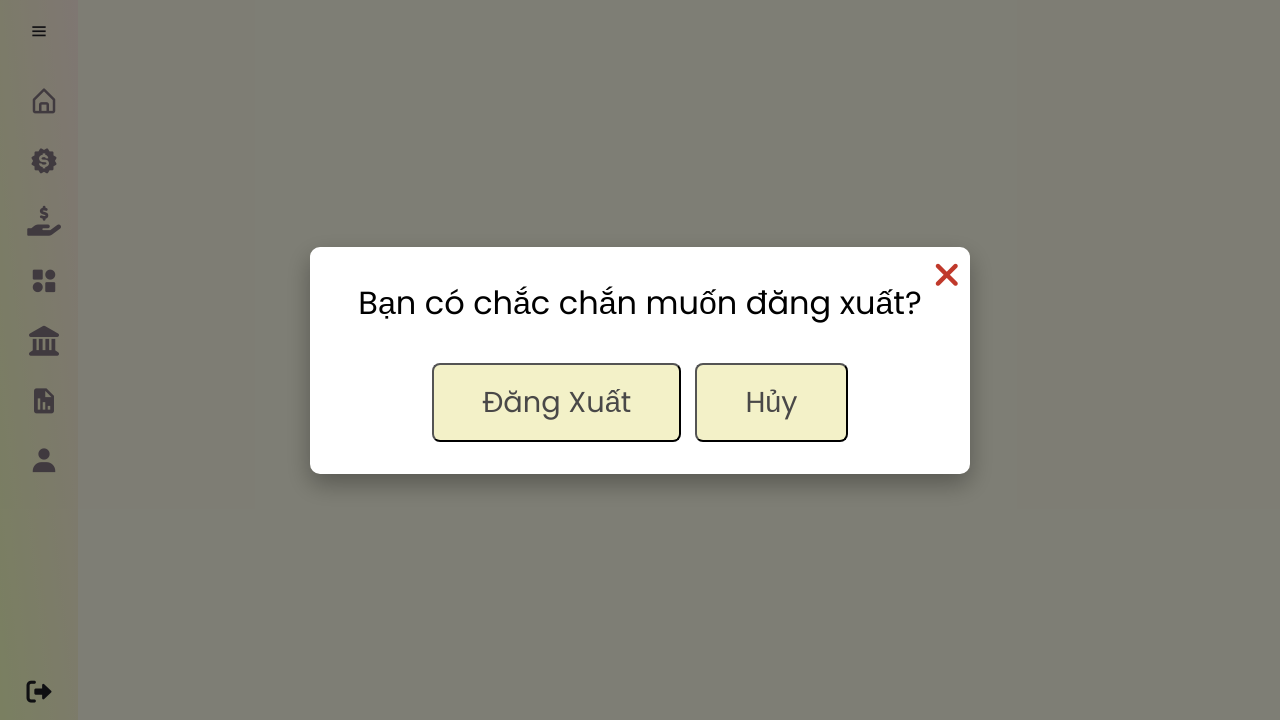
Repository: Dien973/expense_manager
Page: http://localhost/expense_manager/user_page/home.php
The author's editor kept a copy of each file at every save. The page is drawn from the files as they stood at one save, then again after the next save.
The browser window is 1280 px wide. The pictures show the whole page.
After loading, the first visible `#logoutBtn` was clicked once.
The page is run by PHP 8.4 with error messages shown; the project is at /var/www/html/.

Above is the page before, as saved 2025-12-06 14:19:18.

### user_page/home.php
<?php

@include '../config.php';
session_start();
?>

<!DOCTYPE html>
<html lang="en">
<head>
    <meta charset="UTF-8">
   <meta http-equiv="X-UA-Compatible" content="IE=edge">
   <meta name="viewport" content="width=device-width, initial-scale=1.0">
   <title>Trang Chủ</title>

   <!-- font awesome cdn link  -->
   <link rel="stylesheet" href="https://cdnjs.cloudflare.com/ajax/libs/font-awesome/6.0.0/css/all.min.css">
   <link href='https://unpkg.com/boxicons@2.0.9/css/boxicons.min.css' rel='stylesheet'>

   <!-- custom css file link  -->
   <link rel="stylesheet" href="../css/main.css">
   <link rel="stylesheet" href="../css/sidebar.css">
</head>
<body>
    <?php @include 'sidebar.php'; ?>

</body>
</html>

### config.php
<?php
// Kết nối đến cơ sở dữ liệu MySQL
$servername = "localhost";
$username = "root";
$password = "";
$dbname = "qly_chi_tieu";

// Tạo kết nối
$conn = mysqli_connect($servername, $username, $password, $dbname);

// Kiểm tra kết nối
if (!$conn) {
    die("Connection failed: " . mysqli_connect_error());
}
?>

### user_page/sidebar.php
<header class="header">
    <div class="sidebar">
        <div class="logo-content">
            <div class="logo">
                <i class='bx bx-dollar-circle'></i>
                <div class="logo-name">Monee</div>
            </div>
            <i class="bx bx-menu" id="btn"></i>
        </div>
        <ul class="nav-list">
            <li>
                <a href="home.php">
                    <i class="bx bx-home-alt"></i>
                    <span class="links-name">Trang Chủ</span>
                </a>
                    <span class="tooltip">Trang Chủ</span>
            </li>
            <li>
                <a href="income.php">
                    <i class='bx bxs-badge-dollar' ></i>
                    <span class="links-name">Thu Nhập</span>
                </a>
                    <span class="tooltip">Thu Nhập</span>
            </li>
            <li>
                <a href="expense.php">
                    <i class="fa-solid fa-hand-holding-dollar"></i>
                    <span class="links-name">Chi Tiêu</span>
                </a>
                    <span class="tooltip">Chi Tiêu</span>
            </li>
            <li>
                <a href="category.php">
                    <i class='bx bxs-category-alt' ></i>
                    <span class="links-name">Doanh Mục</span>
                </a>
                    <span class="tooltip">Doanh Mục</span>
            </li>
            <li>
                <a href="budget.php">
                    <i class="fa-solid fa-landmark"></i>
                    <span class="links-name">Ngân Sách</span>
                </a>
                    <span class="tooltip">Ngân Sách</span>
            </li>
            <li>
                <a href="report.php">
                    <i class='bx bxs-report' ></i>
                    <span class="links-name">Báo Cáo</span>
                </a>
                    <span class="tooltip">Báo Cáo</span>
            </li>
            <li>
                <a href="account.php">
                    <i class='bx bxs-user' ></i>
                    <span class="links-name">Tài Khoản</span>
                </a>
                    <span class="tooltip">Tài Khoản</span>
            </li>
        </ul>

        <div class="logout-item">
            <a href="../account/logout.php" id="logoutBtn">
                <div class="logout">
                    <div class="logout-name">Đăng Xuất</div>
                </div>
                <i class="fa-solid fa-right-from-bracket"></i>
            </a>
    </div>

    </div>


<div id="logoutPopup" class="message-overlay" style="display:none;">
    <div class="message-box">
        <i id="closeLogout" class="fa-solid fa-xmark"></i>
        <span>Bạn có chắc chắn muốn đăng xuất?</span>

        <div style="margin-top: 20px;">
            <button id="confirmLogout" class="btn" style="margin-right:10px;">Đăng xuất</button>
            <button id="cancelLogout" class="btn">Hủy</button>
        </div>
    </div>
</div>

    <script>
        let btn = document.querySelector("#btn");
        let sidebar = document.querySelector(".sidebar");

        btn.onclick = function(){
            sidebar.classList.toggle("active");
        }

        document.getElementById("logoutBtn").addEventListener("click", function(event) {
    event.preventDefault();
    document.getElementById("logoutPopup").style.display = "flex";
});

document.getElementById("closeLogout").onclick =
document.getElementById("cancelLogout").onclick = function () {
    document.getElementById("logoutPopup").style.display = "none";
};

document.getElementById("confirmLogout").onclick = function() {
    window.location.href = "../account/logout.php";
};

    </script>
</header>

### css/main.css
body {
  background-color: rgb(253, 252, 234);
}
/*----------FORM ĐĂNG NHẬP------------*/
.form-container {
  display: flex;
  align-items: center;
  justify-content: center;
  min-height: 100vh;
}

.form-container form {
  padding: 1.5rem;
  border-radius: 0.5rem;
  border: #000 solid 2px;
  background-color: #ffffff;
  box-shadow: 0 0.5rem 1rem rgba(0, 0, 0, 0.1);
  width: 50rem;
  text-align: center;
}

.form-container form h3 {
  font-size: 2.5rem;
  text-transform: uppercase;
  color: #000;
  margin-bottom: 1rem;
}

.form-container form .box {
  width: 100%;
  padding: 1.2rem 1.4rem;
  font-size: 1.8rem;
  color: #000;
  border: #000 solid 2px;
  background-color: #fff;
  margin: 1rem 0;
  border-radius: 0.5rem;
  position: relative;
}

.form-container form i {
  color: #000;
  font-size: 2.5rem;
  margin-right: 1rem;
}

.form-container form p,
.form-container form .forgot-pwd {
  margin-top: 1.5rem;
  font-size: 2rem;
  color: #666;
}

.form-container form p a,
.form-container form .forgot-pwd a {
  color: #9e9d9d;
}

.form-container form p a:hover,
.form-container form .forgot-pwd a:hover {
  color: #567bb2;
}

/*-- forgot password --*/
.form-container form .forgot-pwd {
  margin-top: 1rem;
  margin-bottom: 1rem;
  font-size: 2rem;
}

/*--- BUTTON ---*/
.btn {
  display: inline-block;
  border-radius: 0.5rem;
  margin-top: 1rem;
  font-size: 1.8rem;
  color: #494848;
  cursor: pointer;
  padding: 1rem 3rem;
  text-transform: capitalize;
}

.btn {
  background-color: rgb(243, 241, 200);
}

.btn:hover {
  background-color: rgb(255, 252, 212);
}

/* --- EYE TRONG Ô INPUT --- */

.form-container form .inpt {
  position: relative;
  display: flex;
  align-items: center;
}

.form-container form .inpt input.box {
  width: 100%;
  padding-right: 45px;
  box-sizing: border-box;
}

.form-container form .toggle-eye,
.form-container form .eye {
  position: absolute !important;
  right: 15px !important;
  top: 50% !important;
  transform: translateY(-50%) !important;
  font-size: 42px;
  cursor: pointer;
  color: #aaa;
  z-index: 10;
}

/*---------- THÔNG BÁO------------*/
.message-overlay {
  position: fixed;
  top: 0;
  left: 0;
  width: 100%;
  height: 100%;
  background: rgba(0, 0, 0, 0.5);
  display: flex;
  justify-content: center;
  align-items: center;
  z-index: 20000;
}

/* Hộp thông báo */
.message-box {
  background: #fff;
  padding: 2rem 3rem;
  border-radius: 10px;
  text-align: center;
  min-width: 350px;
  max-width: 80%;
  box-shadow: 0 10px 25px rgba(0, 0, 0, 0.3);
  position: relative;
  animation: popupShow 0.25s ease-out;
}

/* Nội dung */
.message-box span {
  font-size: 2rem;
  color: #000;
}

/* Icon đóng */
.message-box i {
  position: absolute;
  top: 10px;
  right: 12px;
  font-size: 2.2rem;
  color: #c0392b;
  cursor: pointer;
  transition: 0.2s;
}

.message-box i:hover {
  transform: rotate(90deg);
}

/* Animation hiển thị */
@keyframes popupShow {
  from {
    opacity: 0;
    transform: scale(0.8);
  }
  to {
    opacity: 1;
    transform: scale(1);
  }
}

### css/sidebar.css
@import url("https://fonts.googleapis.com/css2?family=Poppins:wght@100;200;300;400;500;600&display=swap");
* {
  margin: 0;
  padding: 0;
  box-sizing: border-box;
  font-family: "Poppins", sans-serif;
}
body {
  position: relative;
  min-height: 100vh;
  width: 100%;
  overflow: hidden;
}
.sidebar {
  position: fixed;
  display: flex;
  flex-direction: column;
  width: 78px;
  height: 100%;
  top: 0;
  left: 0;
  background: linear-gradient(to top right, #f4ffc2, #ffefe6);
  padding: 6px 14px;
  transition: all 0.5s ease;
}

.sidebar .logo-content .logo {
  display: flex;
  align-items: center;
  height: 50px;
  width: 100%;
  color: #1f1e25;

  opacity: 0;
  pointer-events: none;
}
.logo-content .logo i {
  font-size: 28px;
  margin-right: 5px;
}
.logo-content .logo .logo-name {
  font-size: 20px;
  font-weight: 400;
}

.sidebar #btn {
  position: absolute;
  color: #1f1e25;
  left: 50%;
  top: 6px;
  font-size: 20px;
  height: 50px;
  width: 50px;
  text-align: center;
  line-height: 50px;
  transform: translateX(-50%);
}

.sidebar ul {
  margin-top: 20px;
  flex: 1;
}
.sidebar ul li {
  position: relative;
  height: 50px;
  width: 100%;
  margin: 0 5px;
  margin-bottom: 10px;
  list-style: none;
  line-height: 50px;
}
.sidebar ul li a {
  color: #81747f;
  display: flex;
  align-items: center;
  text-decoration: none;
  border-radius: 15px;
  transition: all 0.2s ease-in;
  white-space: nowrap;
}

.sidebar ul li i {
  font-size: 30px;
  height: 50px;
  min-width: 50px;
  border-radius: 12px;
  line-height: 50px;
  text-align: center;
}
.sidebar ul li a:hover {
  color: #000;
  font-weight: 600;
  background: rgba(255, 255, 255, 0.25);
}

.sidebar ul li .tooltip {
  position: absolute;
  left: 122px;
  top: 0;
  transform: translate(-50%, -50%);
  border-radius: 6px;
  height: 35px;
  width: 122px;
  background: rgba(255, 255, 255, 0.4);
  line-height: 35px;
  text-align: center;
  box-shadow: 0 5px 10px rgba(0, 0, 0, 0.2);
  transition: 0s;
  opacity: 0;
  pointer-events: none;
  display: block;
}
.sidebar ul li:hover .tooltip {
  transition: all 0.3s ease;
  top: 50%;
  opacity: 1;
}

.sidebar.active {
  width: 240px;
}
.sidebar.active .logo-content .logo {
  opacity: 1;
  pointer-events: none;
}

.sidebar.active #btn {
  left: 90%;
}

.sidebar.active ul li .tooltip {
  display: none;
}
.sidebar .links-name {
  opacity: 0;
  pointer-events: none;
  transition: all 0.5s ease;
}
.sidebar.active .links-name {
  opacity: 1;
  pointer-events: auto;
}

/* logout*/
.sidebar .logout-item {
  display: flex;
  cursor: pointer;
  position: relative;
}

.logout-item a i {
  position: absolute;
  color: #1f1e25;
  left: 50%;
  top: 3px;
  font-size: 25px;
  height: 50px;
  width: 50px;
  text-align: center;
  line-height: 50px;
  transform: translateX(-50%);
}

.sidebar.active i {
  left: 90%;
}

/**/
.sidebar .logout-item .logout {
  display: flex;
  align-items: center;
  height: 50px;
  width: 100%;
  color: #81747f;
  opacity: 0;
  pointer-events: none;
  transition: all 0.5s ease;
}

.sidebar.active .logout-item .logout {
  opacity: 1;
  pointer-events: none;
  text-align: center;
}

.logout-item .logout .logout-name {
  font-size: 20px;
  font-weight: 400;
  transition: all 0.3s ease;

  padding: 10px 20px;
}

.sidebar .logout-item:hover {
  color: #000;
  font-weight: 600;
  background: rgba(255, 255, 255, 0.25);
  transition: all 0.3s ease;
}

.sidebar .logout-item:hover .logout .logout-name {
  color: #000;
  transition: all 0.3s ease;
}

.sidebar .logout-item a {
  color: #81747f;
  text-decoration: none;
}

After the next save:
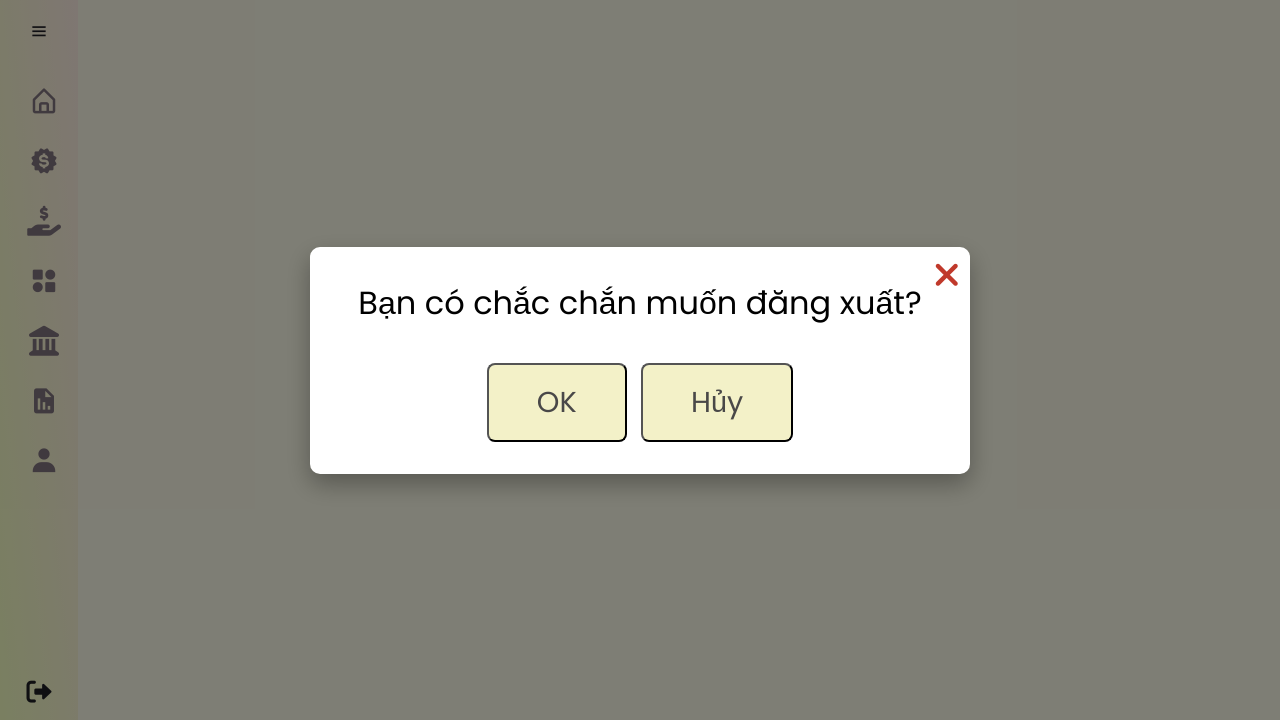
Saved 58 s later.
--- a/user_page/sidebar.php
+++ b/user_page/sidebar.php
@@ -71,17 +71,17 @@
     </div>
 
 
-<div id="logoutPopup" class="message-overlay" style="display:none;">
-    <div class="message-box">
-        <i id="closeLogout" class="fa-solid fa-xmark"></i>
-        <span>Bạn có chắc chắn muốn đăng xuất?</span>
+    <div id="logoutPopup" class="message-overlay" style="display:none;">
+        <div class="message-box">
+            <i id="closeLogout" class="fa-solid fa-xmark"></i>
+            <span>Bạn có chắc chắn muốn đăng xuất?</span>
 
-        <div style="margin-top: 20px;">
-            <button id="confirmLogout" class="btn" style="margin-right:10px;">Đăng xuất</button>
-            <button id="cancelLogout" class="btn">Hủy</button>
+            <div style="margin-top: 20px;">
+                <button id="confirmLogout" class="btn" style="margin-right:10px;">OK</button>
+                <button id="cancelLogout" class="btn">Hủy</button>
+            </div>
         </div>
     </div>
-</div>
 
     <script>
         let btn = document.querySelector("#btn");
@@ -92,18 +92,18 @@
         }
 
         document.getElementById("logoutBtn").addEventListener("click", function(event) {
-    event.preventDefault();
-    document.getElementById("logoutPopup").style.display = "flex";
-});
+            event.preventDefault();
+            document.getElementById("logoutPopup").style.display = "flex";
+        });
 
-document.getElementById("closeLogout").onclick =
-document.getElementById("cancelLogout").onclick = function () {
-    document.getElementById("logoutPopup").style.display = "none";
-};
+        document.getElementById("closeLogout").onclick =
+        document.getElementById("cancelLogout").onclick = function () {
+            document.getElementById("logoutPopup").style.display = "none";
+        };
 
-document.getElementById("confirmLogout").onclick = function() {
-    window.location.href = "../account/logout.php";
-};
+        document.getElementById("confirmLogout").onclick = function() {
+            window.location.href = "../account/logout.php";
+        };
 
     </script>
 </header>
